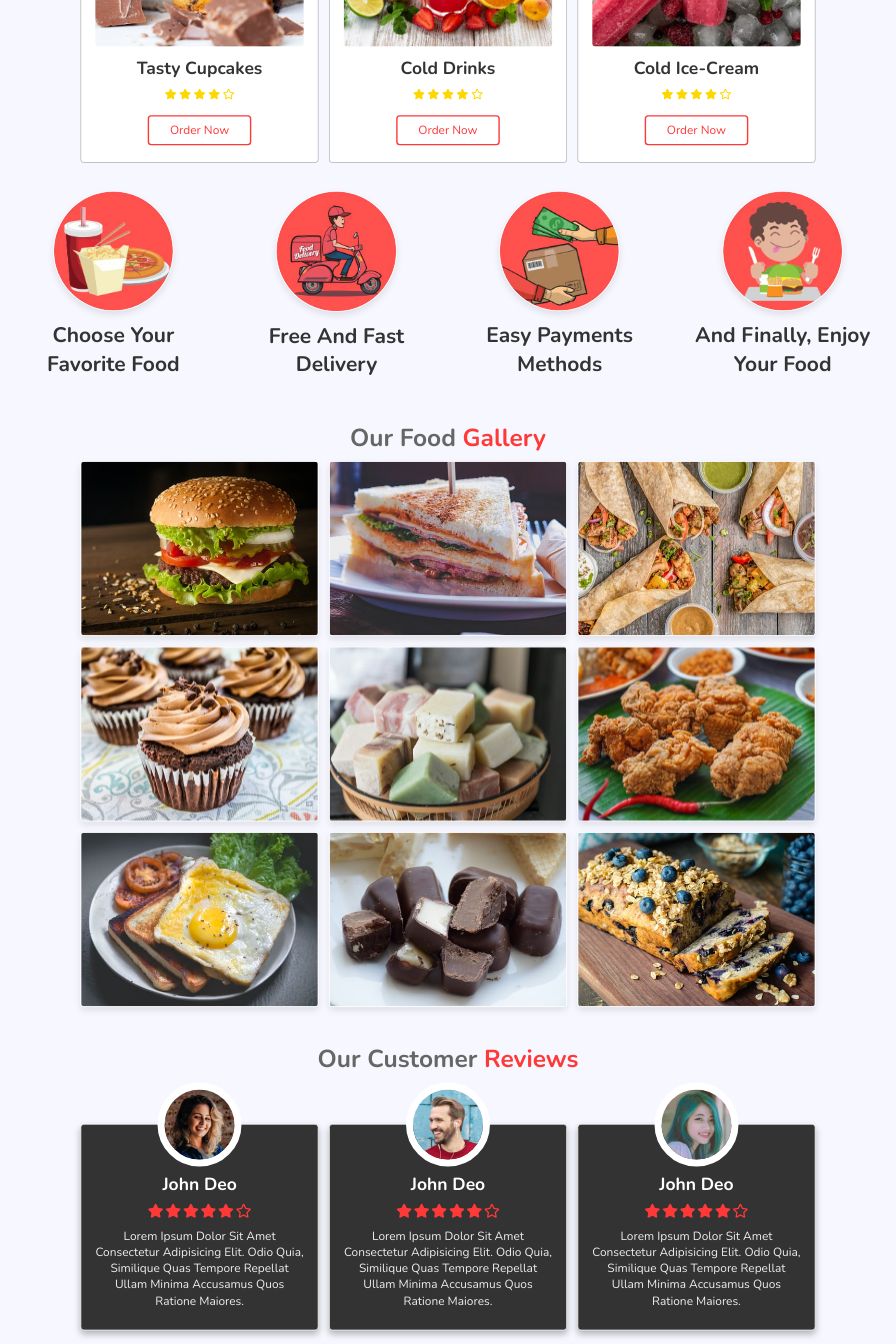
Repository: ManhTanVN/food
Page: index.html
The author's editor kept a copy of each file at every save. The page is drawn from the files as they stood at one save, then again after the next save.
The browser window is 1280 px wide. The pictures show the part of the page from y = 2132 to 4052 px (the page is 4052 px tall before and 4017 px after), at 70% of full size.
The style sheet was rebuilt from its Sass, Less or Tailwind sources for each picture, by a compiler version that may differ from the author's.

Above is the page before, as saved 2021-08-29 20:41:38.

### index.html
<!DOCTYPE html>
<html lang="en">
<head>
    <meta charset="UTF-8">
    <meta http-equiv="X-UA-Compatible" content="IE=edge">
    <meta name="viewport" content="width=device-width, initial-scale=1.0">
    <title>Document</title>
    <!-- font awe-some CDN -->
    <link rel="stylesheet" href="https://cdnjs.cloudflare.com/ajax/libs/font-awesome/5.15.4/css/all.min.css">

    <!-- custom css -->
    <link rel="stylesheet" href="./assets/css/style.css">
</head>
<body>
    <!-- header section start -->
    <header>
        <a href="#" class="logo"><i class="fas fa-utensils"></i>food</a>
        <div id="menu-bar" class="fas fa-bars"></div>
        <nav class="navbar">
            <a href="#home">home</a>
            <a href="#speciality">speciality</a>
            <a href="#popular">popular</a>
            <a href="#gallery">gallery</a>
            <a href="#review">review</a>
            <a href="#order">order</a>
        </nav>
    </header>
    <!-- header section end -->

    <!-- home section starts -->
    <section class="home" id="home">
        <div class="home__content">
            <h3>food made with love</h3>
            <p>Lorem ipsum dolor sit amet, consectetur adipisicing elit. Corrupti inventore error fugit alias sapiente, eveniet minima impedit repellendus, itaque beatae porro ullam nobis, vero assumenda quod quibusdam consequuntur provident! Error!</p>
            <a href="#" class="btn">order now</a>
        </div>
        <div class="home__image">
            <img src="./assets/images/home-img.png" alt="">
        </div>


    </section>
    <!-- home section ends -->

    <!-- speciality section starts -->
    <section class="speciality" id="speciality">
        <h1 class="heading">our <span>speciality</span></h1>
        <div class="box-container">
            <div class="box">
                <img class="box__image" src="./assets/images/s-img-1.jpg" alt="">
                <div class="box__content">
                    <img src="./assets/images/s-1.png" alt="">
                    <h3>tasty burger</h3>
                    <p>Lorem ipsum dolor sit amet consectetur adipisicing elit. Voluptatibus nam ratione, veniam esse illo vitae alias adipisci reiciendis sunt minus?</p>
                </div>
            </div>
            <div class="box">
                <img class="box__image" src="./assets/images/s-img-2.jpg" alt="">
                <div class="box__content">
                    <img src="./assets/images/s-2.png" alt="">
                    <h3>tasty pizza</h3>
                    <p>Lorem ipsum dolor sit amet consectetur adipisicing elit. Voluptatibus nam ratione, veniam esse illo vitae alias adipisci reiciendis sunt minus?</p>
                </div>
            </div>
            <div class="box">
                <img class="box__image" src="./assets/images/s-img-3.jpg" alt="">
                <div class="box__content">
                    <img src="./assets/images/s-3.png" alt="">
                    <h3>cold ice-cream</h3>
                    <p>Lorem ipsum dolor sit amet consectetur adipisicing elit. Voluptatibus nam ratione, veniam esse illo vitae alias adipisci reiciendis sunt minus?</p>
                </div>
            </div>
            <div class="box">
                <img class="box__image" src="./assets/images/s-img-4.jpg" alt="">
                <div class="box__content">
                    <img src="./assets/images/s-4.png" alt="">
                    <h3>drinks</h3>
                    <p>Lorem ipsum dolor sit amet consectetur adipisicing elit. Voluptatibus nam ratione, veniam esse illo vitae alias adipisci reiciendis sunt minus?</p>
                </div>
            </div>
            <div class="box">
                <img class="box__image" src="./assets/images/s-img-5.jpg" alt="">
                <div class="box__content">
                    <img src="./assets/images/s-5.png" alt="">
                    <h3>tasty sweets</h3>
                    <p>Lorem ipsum dolor sit amet consectetur adipisicing elit. Voluptatibus nam ratione, veniam esse illo vitae alias adipisci reiciendis sunt minus?</p>
                </div>
            </div>
            <div class="box">
                <img class="box__image" src="./assets/images/s-img-6.jpg" alt="">
                <div class="box__content">
                    <img src="./assets/images/s-6.png" alt="">
                    <h3>healthy breakfast</h3>
                    <p>Lorem ipsum dolor sit amet consectetur adipisicing elit. Voluptatibus nam ratione, veniam esse illo vitae alias adipisci reiciendis sunt minus?</p>
                </div>
            </div>
        </div>
    </section>
    <!-- speciality section ends -->

    <!-- popular section starts -->
    <section class="popular" id="popular">
        <h1 class="heading">most <span>popular</span> foods</h1>
        <div class="box-container">
            <div class="box">
                <span class="box__price"> $5 - $20 </span>
                <img src="./assets/images/p-1.jpg" alt="">
                <h3>tasty burger</h3>
                <div class="box__star">
                    <i class="fas fa-star"></i>
                    <i class="fas fa-star"></i>
                    <i class="fas fa-star"></i>
                    <i class="fas fa-star"></i>
                    <i class="far fa-star"></i>
                </div>
                <a href="#" class="btn">order now</a>
            </div>
            <div class="box">
                <span class="box__price"> $5 - $20 </span>
                <img src="./assets/images/p-2.jpg" alt="">
                <h3>tasty cakes</h3>
                <div class="box__star">
                    <i class="fas fa-star"></i>
                    <i class="fas fa-star"></i>
                    <i class="fas fa-star"></i>
                    <i class="fas fa-star"></i>
                    <i class="far fa-star"></i>
                </div>
                <a href="#" class="btn">order now</a>
            </div>
            <div class="box">
                <span class="box__price"> $5 - $20 </span>
                <img src="./assets/images/p-3.jpg" alt="">
                <h3>tasty sweets</h3>
                <div class="box__star">
                    <i class="fas fa-star"></i>
                    <i class="fas fa-star"></i>
                    <i class="fas fa-star"></i>
                    <i class="fas fa-star"></i>
                    <i class="far fa-star"></i>
                </div>
                <a href="#" class="btn">order now</a>
            </div>
            <div class="box">
                <span class="box__price"> $5 - $20 </span>
                <img src="./assets/images/p-4.jpg" alt="">
                <h3>tasty cupcakes</h3>
                <div class="box__star">
                    <i class="fas fa-star"></i>
                    <i class="fas fa-star"></i>
                    <i class="fas fa-star"></i>
                    <i class="fas fa-star"></i>
                    <i class="far fa-star"></i>
                </div>
                <a href="#" class="btn">order now</a>
            </div>
            <div class="box">
                <span class="box__price"> $5 - $20 </span>
                <img src="./assets/images/p-5.jpg" alt="">
                <h3>cold drinks</h3>
                <div class="box__star">
                    <i class="fas fa-star"></i>
                    <i class="fas fa-star"></i>
                    <i class="fas fa-star"></i>
                    <i class="fas fa-star"></i>
                    <i class="far fa-star"></i>
                </div>
                <a href="#" class="btn">order now</a>
            </div>
            <div class="box">
                <span class="box__price"> $5 - $20 </span>
                <img src="./assets/images/p-6.jpg" alt="">
                <h3>cold ice-cream</h3>
                <div class="box__star">
                    <i class="fas fa-star"></i>
                    <i class="fas fa-star"></i>
                    <i class="fas fa-star"></i>
                    <i class="fas fa-star"></i>
                    <i class="far fa-star"></i>
                </div>
                <a href="#" class="btn">order now</a>
            </div>
        </div>

    </section>
    <!-- popular section ends -->

    <!-- Step section starts -->
    <section class="steps">
        <div class="box">
            <img src="./assets/images/step-1.jpg" alt="">
            <h3>choose your favorite food</h3>
        </div>
        <div class="box">
            <img src="./assets/images/step-2.jpg" alt="">
            <h3>free and fast delivery</h3>
        </div>
        <div class="box">
            <img src="./assets/images/step-3.jpg" alt="">
            <h3>easy payments methods</h3>
        </div>
        <div class="box">
            <img src="./assets/images/step-4.jpg" alt="">
            <h3>and finally, enjoy your food</h3>
        </div>
    </section>
    <!-- Step section ends -->

    <!-- Gallery section starts -->
    <section class="gallery" id="gallery">
        <h1 class="heading">our food <span>gallery</span></h1>
        <div class="box-container">
            <div class="box">
                <img src="./assets/images/g-1.jpg" alt="" class="box__image">
                <div class="box__content">
                    <h3>tasty food</h3>
                    <p>Lorem ipsum dolor sit amet consectetur adipisicing elit. At, quos.</p>
                    <a href="#" class="btn">order now</a>
                </div>
            </div>
            <div class="box">
                <img src="./assets/images/g-2.jpg" alt="" class="box__image">
                <div class="box__content">
                    <h3>tasty food</h3>
                    <p>Lorem ipsum dolor sit amet consectetur adipisicing elit. At, quos.</p>
                    <a href="#" class="btn">order now</a>
                </div>
            </div>
            <div class="box">
                <img src="./assets/images/g-3.jpg" alt="" class="box__image">
                <div class="box__content">
                    <h3>tasty food</h3>
                    <p>Lorem ipsum dolor sit amet consectetur adipisicing elit. At, quos.</p>
                    <a href="#" class="btn">order now</a>
                </div>
            </div>
            <div class="box">
                <img src="./assets/images/g-4.jpg" alt="" class="box__image">
                <div class="box__content">
                    <h3>tasty food</h3>
                    <p>Lorem ipsum dolor sit amet consectetur adipisicing elit. At, quos.</p>
                    <a href="#" class="btn">order now</a>
                </div>
            </div>
            <div class="box">
                <img src="./assets/images/g-5.jpg" alt="" class="box__image">
                <div class="box__content">
                    <h3>tasty food</h3>
                    <p>Lorem ipsum dolor sit amet consectetur adipisicing elit. At, quos.</p>
                    <a href="#" class="btn">order now</a>
                </div>
            </div>
            <div class="box">
                <img src="./assets/images/g-6.jpg" alt="" class="box__image">
                <div class="box__content">
                    <h3>tasty food</h3>
                    <p>Lorem ipsum dolor sit amet consectetur adipisicing elit. At, quos.</p>
                    <a href="#" class="btn">order now</a>
                </div>
            </div>
            <div class="box">
                <img src="./assets/images/g-7.jpg" alt="" class="box__image">
                <div class="box__content">
                    <h3>tasty food</h3>
                    <p>Lorem ipsum dolor sit amet consectetur adipisicing elit. At, quos.</p>
                    <a href="#" class="btn">order now</a>
                </div>
            </div>
            <div class="box">
                <img src="./assets/images/g-8.jpg" alt="" class="box__image">
                <div class="box__content">
                    <h3>tasty food</h3>
                    <p>Lorem ipsum dolor sit amet consectetur adipisicing elit. At, quos.</p>
                    <a href="#" class="btn">order now</a>
                </div>
            </div>
            <div class="box">
                <img src="./assets/images/g-9.jpg" alt="" class="box__image">
                <div class="box__content">
                    <h3>tasty food</h3>
                    <p>Lorem ipsum dolor sit amet consectetur adipisicing elit. At, quos.</p>
                    <a href="#" class="btn">order now</a>
                </div>
            </div>
        </div>
    </section>
    <!-- Gallery section ends -->

    <!-- review section starts -->
    <section class="review" id="review">
        <h1 class="heading">our customer <span>reviews</span></h1>
        <div class="box-container">

            <div class="box">
                <img src="./assets/images/pic1.png" alt="" class="box__image">
                <h3>john deo</h3>
                <div class="stars">
                    <i class="fas fa-star"></i>
                    <i class="fas fa-star"></i>
                    <i class="fas fa-star"></i>
                    <i class="fas fa-star"></i>
                    <i class="fas fa-star"></i>
                    <i class="far fa-star"></i>
                </div>
                <p>Lorem ipsum dolor sit amet consectetur adipisicing elit. Odio quia, similique quas tempore repellat ullam minima accusamus quos ratione maiores.</p>
            </div>
            <div class="box">
                <img src="./assets/images/pic2.png" alt="" class="box__image">
                <h3>john deo</h3>
                <div class="stars">
                    <i class="fas fa-star"></i>
                    <i class="fas fa-star"></i>
                    <i class="fas fa-star"></i>
                    <i class="fas fa-star"></i>
                    <i class="fas fa-star"></i>
                    <i class="far fa-star"></i>
                </div>
                <p>Lorem ipsum dolor sit amet consectetur adipisicing elit. Odio quia, similique quas tempore repellat ullam minima accusamus quos ratione maiores.</p>
            </div>
            <div class="box">
                <img src="./assets/images/pic3.png" alt="" class="box__image">
                <h3>john deo</h3>
                <div class="stars">
                    <i class="fas fa-star"></i>
                    <i class="fas fa-star"></i>
                    <i class="fas fa-star"></i>
                    <i class="fas fa-star"></i>
                    <i class="fas fa-star"></i>
                    <i class="far fa-star"></i>
                </div>
                <p>Lorem ipsum dolor sit amet consectetur adipisicing elit. Odio quia, similique quas tempore repellat ullam minima accusamus quos ratione maiores.</p>
            </div>

        </div>
    </section>
    <!-- review section ends -->

<!-- custom js -->
<script src="./assets/js/main.js"></script>
<!-- custom js -->
</body>
</html>

### sass/style.scss
@import url('https://fonts.googleapis.com/css2?family=Nunito:wght@200;300;400;600;700&display=swap');
@import './mixin';
@import './variables';
@import './animation';
@import './base';
@import './header';
@import './menu-bar';
@import './home';
@import './btn';
@import './speciality';
@import './popular';
@import './steps';
@import './gallery';
@import './review';

@import './_media';

### sass/_mixin.scss
@mixin responsive($breakpoint) {
    @if $breakpoint == tablet {
        @media (max-width:991px) {@content}
    };

    @if $breakpoint == phone {
        @media (max-width: 768px) {@content}
    };

    @if $breakpoint == small {
        @media (max-width: 400px) {@content}
    };
}

### sass/_variables.scss
$color-red: #ff3838;

### sass/_animation.scss
@keyframes float {
    0%, 100% {
        transform: translateY(0rem)
    };

    50% {
        transform: translateY(03rem)
    }
}

### sass/_base.scss
* {
    font-family: 'Nunito', sans-serif;
    padding: 0; margin: 0;
    box-sizing: border-box;
    border: 0; outline: none;
    text-transform: capitalize;
    text-decoration: none;
    transition: all .2s linear;
}

*::selection {
    background: $color-red;
    color: #fff;
}

html {
    font-size: 62.5%;
    overflow-x: hidden;
    scroll-behavior: smooth;
    scroll-padding-top: 6rem;
    @include responsive (tablet) {
        font-size: 55%;
    }

    @include responsive (small) {
        font-size: 50%;

    }
}

body {
    background: #f7f7ff;
}

section {
    padding: 2rem 9%;
    @include responsive (tablet){
        padding: 2rem;
    }
}

### sass/_menu-bar.scss
#menu-bar {
    font-size: 3rem;
    cursor: pointer;
    color: #666;
    border: .1rem solid #666;
    border-radius: .3rem;
    padding: .5rem 1.5rem;
    display: none;

    @include responsive (phone) {
        display: initial;
    }

}

### sass/_home.scss
.home {
    display: flex;
    flex-wrap: wrap;
    gap: 1.5rem;
    min-height: 100vh;
    align-items: center;
    background: url(../assets/images/home-bg.jpg) no-repeat;
    // background: url(../assets/images/pic1.png);
    // background: gold;
    background-size: cover;
    background-position: center;

    &__content{
        flex: 1 1 40rem;
        padding-top: 6.5rem;

        & h3{
            font-size: 5rem;
            color: #333;
        }
        & p{
            font-size: 1.7rem;
            color: #666;
            padding: 1rem 0;
        }
    }
    &__image {
        flex: 1 1 40rem;

    }
    &__image img {
        width: 100%;
        padding: 1rem;
        animation: float 3s linear infinite;
    }
}

### sass/_btn.scss
.btn {
    display: inline-block;
    padding: .8rem 3rem;
    border: .2rem solid $color-red;
    color: $color-red;
    cursor: pointer;
    font-size: 1.7rem;
    border-radius: .5rem;
    position: relative;
    overflow: hidden;
    z-index: 0;
    margin-top: 1rem;
    &::after {
        content: "";
        position: absolute;
        top: 0;
        right: 0;
        width: 0;
        height: 100%;
        background: $color-red;
        transition: .2s linear;
        z-index: -1;
    }

    &:hover::after {
        width: 100%;
        left: 0;;
    }
    &:hover {
        color: #fff;
    }
}

### sass/_popular.scss
.popular {
    & .box-container {
        & .box {
            padding: 2rem;
            background: #fff;
            box-shadow: 1 .5rem 1rem rgba(0,0,0,.1);
            border: .1rem solid rgba(0,0,0,.3);
            border-radius: .5rem;
            text-align: center;
            flex: 1 1 30rem;
            position: relative;

            & img {
                height: 25rem;
                object-fit: cover;
                width: 100%;
                border-radius: inherit;
            }

            &__price {
                position: absolute;
                top: 3rem; left: 3rem;
                background: $color-red;
                color: #fff;
                font-size: 2rem;
                padding: .5rem 1rem;
                border-radius: inherit;
            }

            & h3 {
                color: #333;
                font-size: 2.5rem;
                padding-top: 1rem;
            }

            &__star {
                color: gold;
                font-size: 1.5rem;
                padding: 1rem .1rem;
            }
        }
    }
}

### sass/_steps.scss
.steps {
    display: flex;
    flex-wrap: wrap;
    gap: 1.5rem;
    padding: 1rem;

    & .box {
        flex: 1 1 25rem;
        padding: 1rem;
        text-align: center;

        & img {
            border-radius: 50%;
            border: .1rem solid #fff;
            box-shadow: 0 .5rem 1rem rgba(0,0,0,.1);
        }

        & h3 {
            font-size: 3rem;
            color: #333;
            padding: 1rem;
        }
    }
}

### sass/_gallery.scss
.gallery {
    & .box-container {
        & .box {
            height: 25rem;
            flex: 1 1 30rem;
            border: .1rem solid #fff;
            box-shadow: 0 .5rem 1rem rgba(0,0,0,.1);
            border-radius: .5rem;
            position: relative;
            overflow: hidden;

            &:hover .box__content {
                top: 0;
            }

            &__image {
                width: 100%;
                height: 100%;
                object-fit: cover;
            }

            &__content {
                position: absolute;
                top: -100%; left: 0;
                width: 100%;
                height: 100%;
                background: rgba(255,255,255,.9);
                padding: 2rem;
                padding-top: 5rem;
                text-align: center;

                & h3 {
                    font-size: 2.5rem;
                    color: #333;
                }
                & p {
                    font-size: 1.5rem;
                    color: #666;
                    padding: 1rem 0;
                }
            }
        }
    }
}

### sass/_review.scss
.review{
    & .box-container {
        & .box {
            text-align: center;
            padding: 2rem;
            border: .1rem solid #fff;
            box-shadow: 0 .5rem 1rem rgba(0,0,0,.3);
            border-radius: .5rem;
            flex: 1 1 30rem;
            background: #333;
            margin-top: 6rem;
            &__image {
                width: 12rem;
                height: 12rem;
                border-radius: 50%;
                border: 1rem solid #fff;
                margin-top: -8rem;
                object-fit: cover;
            }

            & h3 {
                font-size: 2.5rem;
                color: #fff;
                padding: .5rem 0;
            }
            & .stars i {
                font-size: 2rem;
                color: $color-red;
                padding: .5rem 0;
            }

            & p {
                font-size: 1.7rem;
                color: #eee;
                padding: 1rem 0;
            }
        }
    }
}

### sass/__media.scss
@media (max-width: 991px) {
    html {
    }
    header {

    }
}

@media (max-width: 768px) {


    .menu-bar {

    }
}

Loaded but not shown: assets/js/main.js (12 lines, source omitted); sass/_speciality.scss (66 lines, source omitted); sass/_header.scss (62 lines, source omitted)

After the next save:
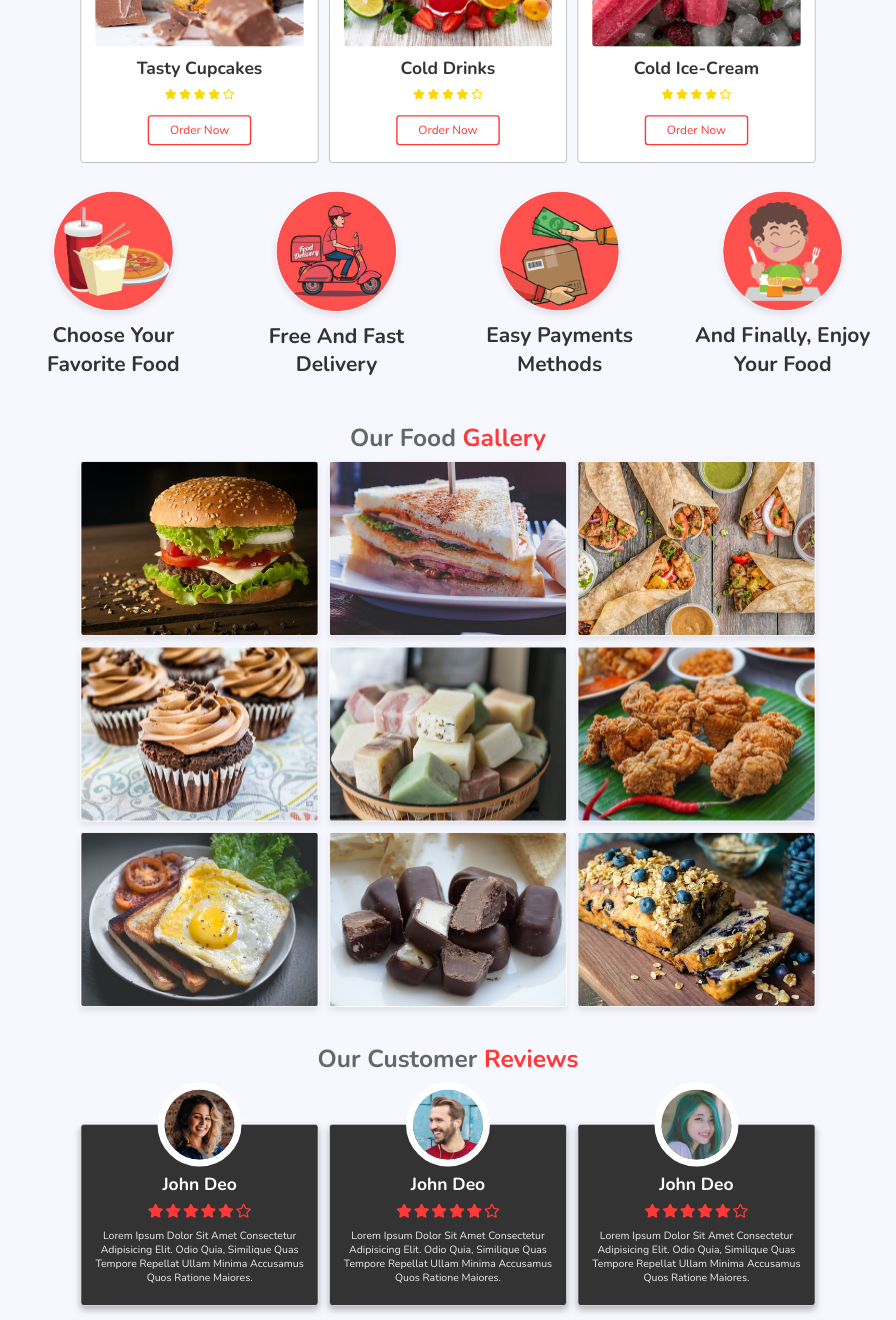
Saved 21 s later.
--- a/sass/_review.scss
+++ b/sass/_review.scss
@@ -30,7 +30,7 @@
             }
 
             & p {
-                font-size: 1.7rem;
+                font-size: 1.5rem;
                 color: #eee;
                 padding: 1rem 0;
             }
